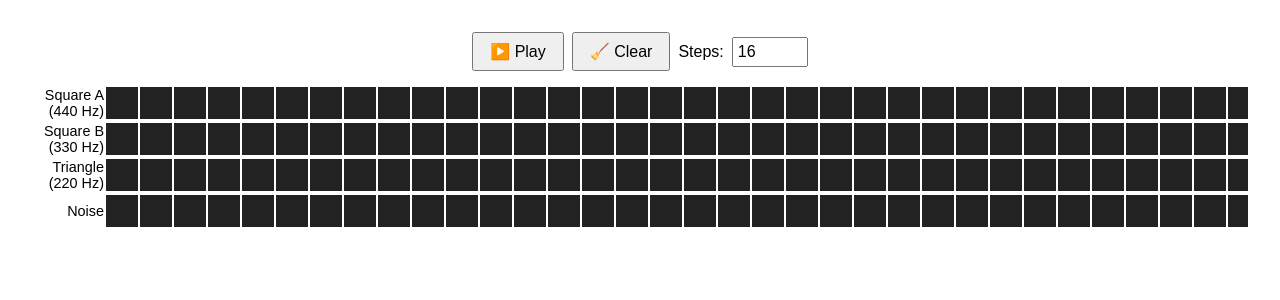
Repository: Aldentec/8-bit-Composer
Page: index.html
These files come from the project's save history. The page is drawn as it stood at one moment and after the next save; the edit follows.
The browser window is 1280 px wide. The pictures show the whole page.
Some web libraries are served in a nearby version.

Above is the page before, as saved 2025-05-28 08:49:00.

### index.html
<!DOCTYPE html>
<html lang="en">
<head>
  <meta charset="UTF-8">
  <title>Modular 8-Bit Sequencer</title>
  <link rel="stylesheet" href="style.css">
</head>
<body>
  <div id="controls">
    <button id="play">▶️ Play</button>
    <button id="clear">🧹 Clear</button>
    <label for="steps-input">Steps:</label>
    <input
        id="steps-input"
        type="number"
        min="1"
        value="16"
        style="width:4rem;"
    >
</div>

  <div id="grid"></div>

  <!-- Tone.js as global, then our modules -->
  <script src="node_modules/tone/build/Tone.js"></script>
  <script type="module" src="js/main.js"></script>
</body>
</html>

### style.css
body {
  font-family: sans-serif;
  margin: 2rem;
  text-align: center;
}

#grid {
  display: flex;
  flex-direction: column;
  gap: 4px;
  margin-top: 1rem;

  /* enable horizontal scrolling when rows get wider than the viewport */
  overflow-x: auto;
  padding-bottom: 0.5rem;
}


/* 2) Each row is itself a grid: [label][cell×16] */
.grid-row {
  display: grid;
  grid-template-columns: 4.5rem repeat(16, 2rem);
  gap: 2px;
  align-items: center;
}

/* 3) Label column styling */
.row-label {
  text-align: right;
  font-size: 0.9rem;
  user-select: none;
}

/* 4) Your cell styles */
.cell {
  width: 2rem;
  height: 2rem;
  background: #222;
  cursor: pointer;
}
.cell.active {
  background: #4caf50;
}

/* 5) Play button */
button {
  padding: 0.5rem 1rem;
  font-size: 1rem;
}

#controls {
  display: flex;
  gap: 0.5rem;
  justify-content: center;
  align-items: center;
  margin-bottom: 1rem;
}
#controls input[type="number"] {
  padding: 0.25rem;
  font-size: 1rem;
}

### js/main.js
import { initGrid, clearGrid }               from './grid.js';
import { createVoices }           from './voices.js';
import { initSequencer, bindPlayButton } from './sequencer.js';

document.addEventListener('DOMContentLoaded', () => {
  // 1) instrument names (one per row)
  const instrumentNames = [
    'Square A (440 Hz)',
    'Square B (330 Hz)',
    'Triangle (220 Hz)',
    'Noise'
  ];

  // 2) draw the labeled grid
  initGrid('grid', instrumentNames, /* steps= */ 64);

  // 3) build voices and sequencer
  const voices = createVoices();
  initSequencer(voices, 120);

  // 4) wire up Play/Pause
  bindPlayButton('play');
  document.getElementById('clear').addEventListener('click', clearGrid);
});

### js/grid.js
// these will be set when initGrid runs
export let STEPS = 16;
export let CHANNELS = 0;

// gridState[row][step] = boolean
export let gridState = [];

/**
 * Renders a labeled, scrollable sequencer grid.
 *
 * @param {string} containerId       id of the <div> to fill
 * @param {string[]} instrumentNames names for each row
 * @param {number} steps             number of columns (length of your song)
 */
export function initGrid(containerId, instrumentNames = [], steps = 16) {
  CHANNELS = instrumentNames.length;
  STEPS    = steps;

  // rebuild state
  gridState = Array.from(
    { length: CHANNELS },
    () => Array(STEPS).fill(false)
  );

  const container = document.getElementById(containerId);
  container.innerHTML = '';

  instrumentNames.forEach((name, row) => {
    // row wrapper: label + STEP cells
    const rowEl = document.createElement('div');
    rowEl.className = 'grid-row';
    // dynamically size columns: 4.5rem for the label, then STEPS × 2rem
    rowEl.style.gridTemplateColumns = `4.5rem repeat(${STEPS}, 2rem)`;

    // instrument label
    const label = document.createElement('div');
    label.className = 'row-label';
    label.textContent = name || '';
    rowEl.append(label);

    // sequencer steps
    for (let step = 0; step < STEPS; step++) {
      const cell = document.createElement('div');
      cell.className = 'cell';
      cell.dataset.row  = row;
      cell.dataset.step = step;
      cell.addEventListener('click', () => {
        gridState[row][step] = !gridState[row][step];
        cell.classList.toggle('active', gridState[row][step]);
      });
      rowEl.append(cell);
    }

    container.append(rowEl);
  });
}

/**
 * Clears all active steps in both state and UI.
 */
export function clearGrid() {
  // reset state
  gridState.forEach(rowArr => rowArr.fill(false));

  // reset UI
  document
    .querySelectorAll('.cell.active')
    .forEach(cell => cell.classList.remove('active'));
}

### js/voices.js
/**
 * Returns an array of trigger-functions
 * in the same order as your rows.
 */
export function createVoices() {
  const osc1 = new Tone.Oscillator(440, 'square').toDestination();
  const osc2 = new Tone.Oscillator(330, 'square').toDestination();
  const osc3 = new Tone.Oscillator(220, 'triangle').toDestination();
  const noise = new Tone.NoiseSynth({
    noise:    { type: 'white' },
    envelope: { attack: 0.001, decay: 0.2, sustain: 0 }
  }).toDestination();

  return [
    time => { osc1.start(time); osc1.stop(time + 0.1); },
    time => { osc2.start(time); osc2.stop(time + 0.1); },
    time => { osc3.start(time); osc3.stop(time + 0.1); },
    time => { noise.triggerAttackRelease('16n', time); }
  ];
}

### js/sequencer.js
import { STEPS, gridState } from './grid.js';

export function initSequencer(voices, bpm = 120) {
  let cursor = 0;
  Tone.Transport.bpm.value = bpm;

  Tone.Transport.scheduleRepeat((time) => {
    const step = cursor % STEPS;
    voices.forEach((trigger, row) => {
      if (gridState[row][step]) trigger(time);
    });
    cursor++;
  }, '16n');
}

export function bindPlayButton(buttonId) {
  const btn = document.getElementById(buttonId);
  btn.textContent = '▶️ Play';
  btn.addEventListener('click', async () => {
    await Tone.start();
    if (Tone.Transport.state === 'started') {
      Tone.Transport.stop();
      btn.textContent = '▶️ Play';
    } else {
      Tone.Transport.start();
      btn.textContent = '⏸️ Pause';
    }
  });
}

After the next save:
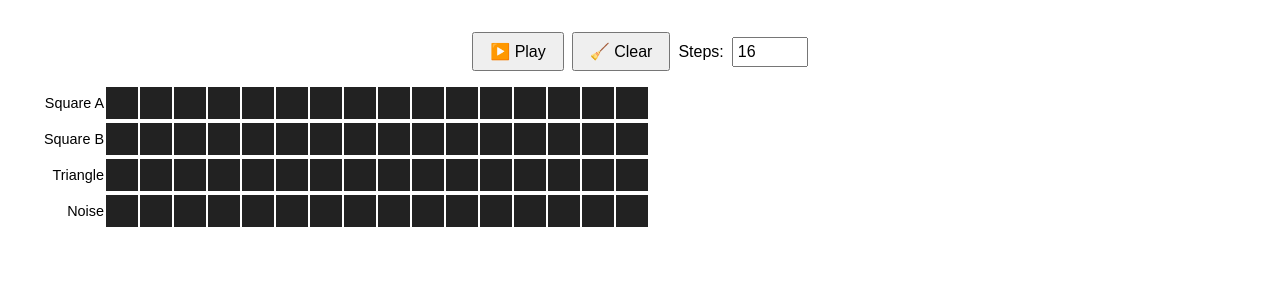
Saved 13 s later.
--- a/js/main.js
+++ b/js/main.js
@@ -1,24 +1,55 @@
 import { initGrid, clearGrid }               from './grid.js';
-import { createVoices }           from './voices.js';
-import { initSequencer, bindPlayButton } from './sequencer.js';
+import { createVoices }                       from './voices.js';
+import { initSequencer, bindPlayButton }      from './sequencer.js';
 
 document.addEventListener('DOMContentLoaded', () => {
-  // 1) instrument names (one per row)
+  // your instrument names
   const instrumentNames = [
-    'Square A (440 Hz)',
-    'Square B (330 Hz)',
-    'Triangle (220 Hz)',
-    'Noise'
+    'Square A', 'Square B', 'Triangle', 'Noise'
   ];
 
-  // 2) draw the labeled grid
-  initGrid('grid', instrumentNames, /* steps= */ 64);
+  // grab controls
+  const playBtn   = document.getElementById('play');
+  const clearBtn  = document.getElementById('clear');
+  const stepsInput = document.getElementById('steps-input');
 
-  // 3) build voices and sequencer
-  const voices = createVoices();
-  initSequencer(voices, 120);
+  // keep voices & sequencer in closure
+  let voices;
 
-  // 4) wire up Play/Pause
+  // function to (re)build the grid + sequencer
+  function buildGridAndSequencer(steps) {
+    // 1) draw the grid
+    initGrid('grid', instrumentNames, steps);
+
+    // 2) (re)create voices
+    voices = createVoices();
+
+    // 3) stop & clear any existing schedule
+    Tone.Transport.stop();
+    Tone.Transport.cancel();
+
+    // 4) init sequencer with new step count
+    initSequencer(voices, /* bpm= */ 120);
+
+    // reset play button label
+    playBtn.textContent = '▶️ Play';
+  }
+
+  // Initial build at 16 steps
+  buildGridAndSequencer(Number(stepsInput.value));
+
+  // Wire Play/Pause
   bindPlayButton('play');
-  document.getElementById('clear').addEventListener('click', clearGrid);
+
+  // Wire Clear
+  clearBtn.addEventListener('click', () => {
+    clearGrid();
+    Tone.Transport.position = 0;
+  });
+
+  // **New**: when user changes steps, rebuild
+  stepsInput.addEventListener('change', () => {
+    const newSteps = Math.max(1, Number(stepsInput.value) || 1);
+    buildGridAndSequencer(newSteps);
+  });
 });
